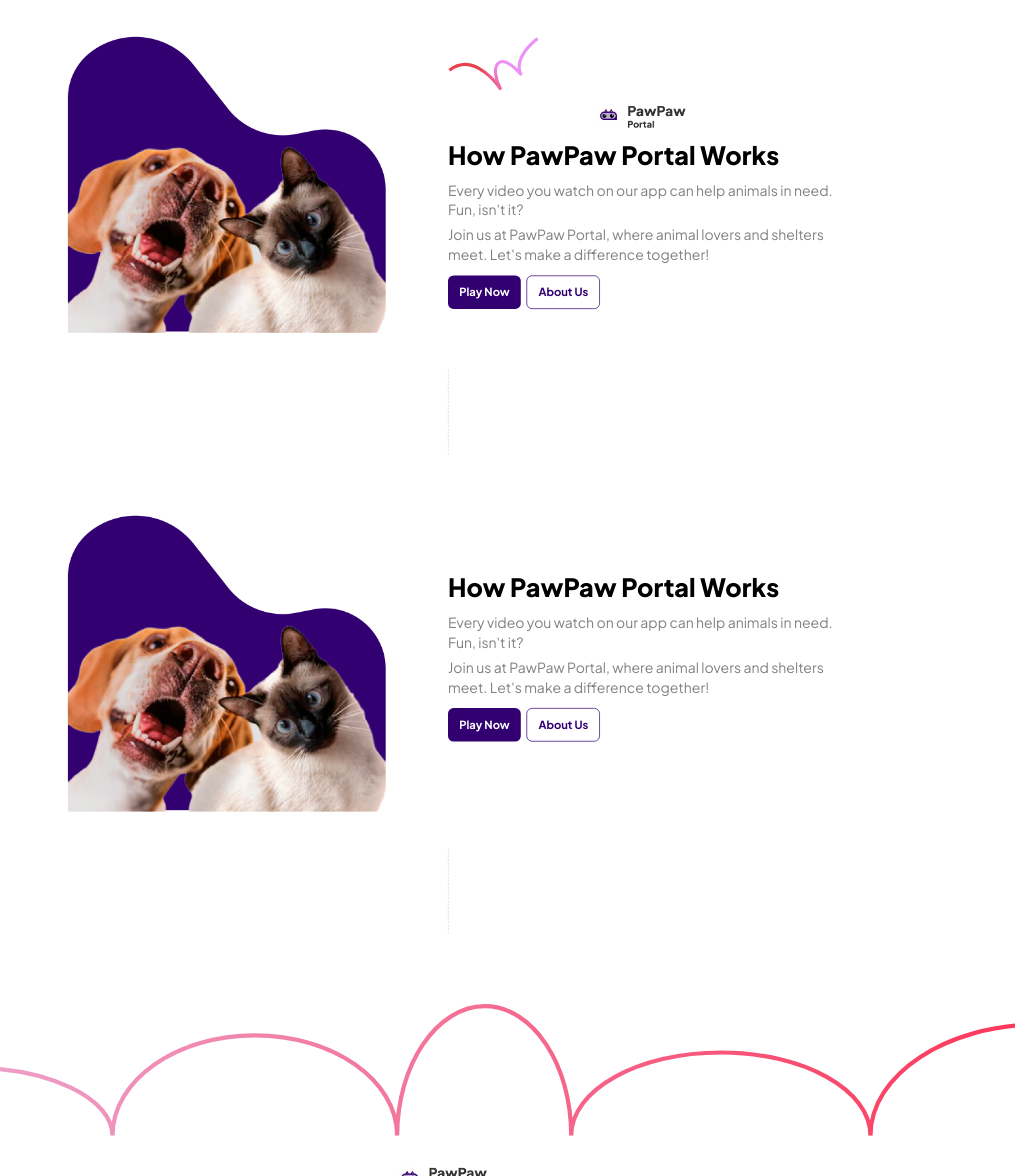
Repository: paskasiregar/pawpawwebsite
Page: /
These files come from the project's save history. The page is drawn as it stood at one moment and after the next save; the edit follows.
The browser window is 1280 px wide. The page is 1450 px wide, so the pictures cover 1450 px, including what lies to the right of the window. The pictures show the part of the page from y = 1048 to 2728 px (the page is 3877 px tall), at 70% of full size.
The project was rebuilt for these pictures with package versions that can differ from the ones it lists, and the page was loaded fresh each time. The framework's server and built-in components were replaced by stand-ins that run in the browser. Also part of the build but not shown: next.config.js, next.config.mjs.

Above is the page before, as saved 2024-09-06 11:02:37.

After the next save:
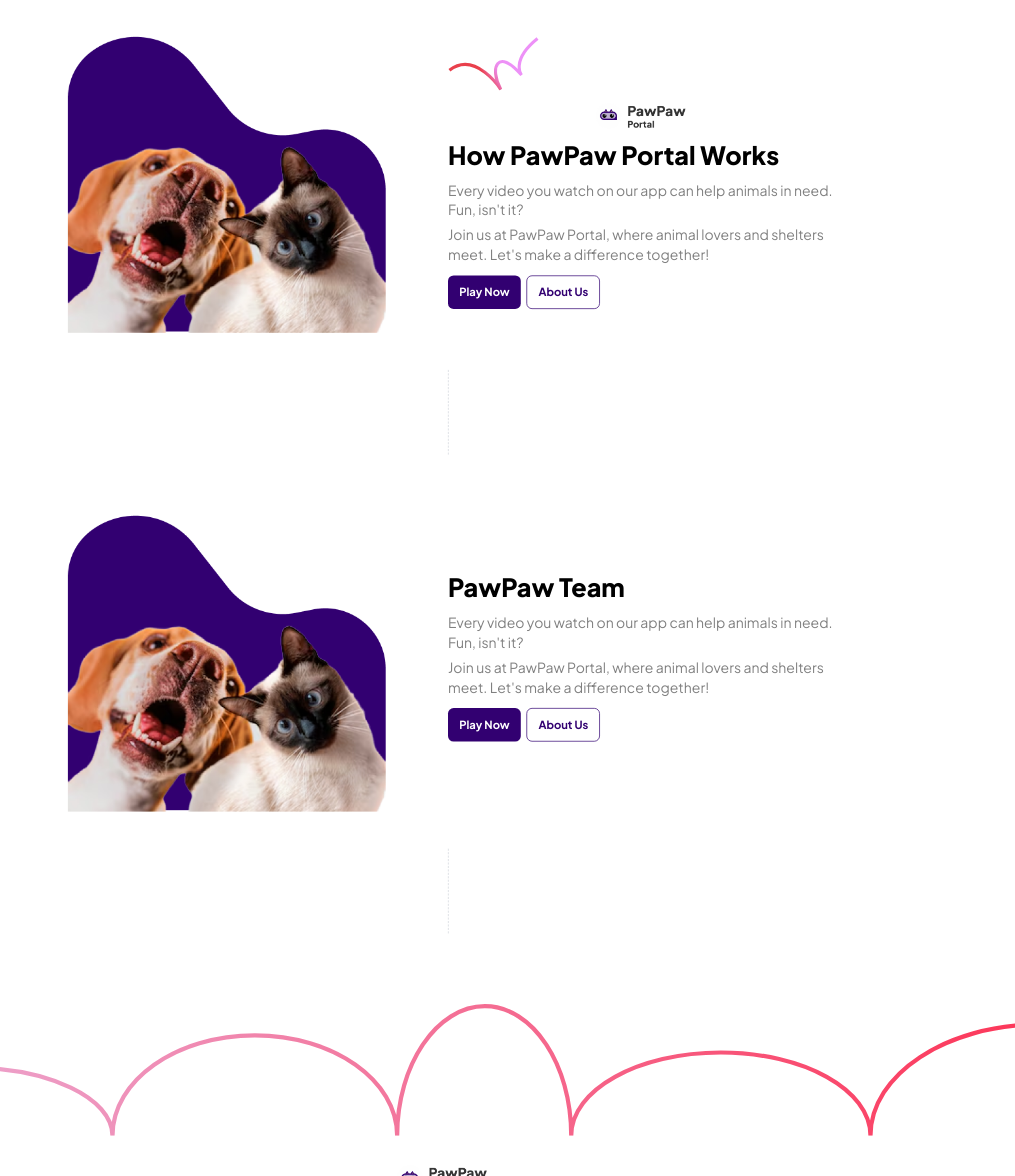
Saved 18 s later.
--- a/src/app/page.js
+++ b/src/app/page.js
@@ -146,7 +146,7 @@ export default async function Home() {
                 <div className="flex justify-center md:justify-start"></div>
                 <div className="flex flex-col items-center md:items-start">
                   <div className="relative font-extrabold text-2xl md:text-4xl text-center md:text-left">
-                    How PawPaw Portal Works
+                    PawPaw Team
                   </div>
                 </div>
                 <div className="self-stretch flex flex-col md:flex-row items-center md:items-start justify-start text-lg md:text-xl text-gray-500">
